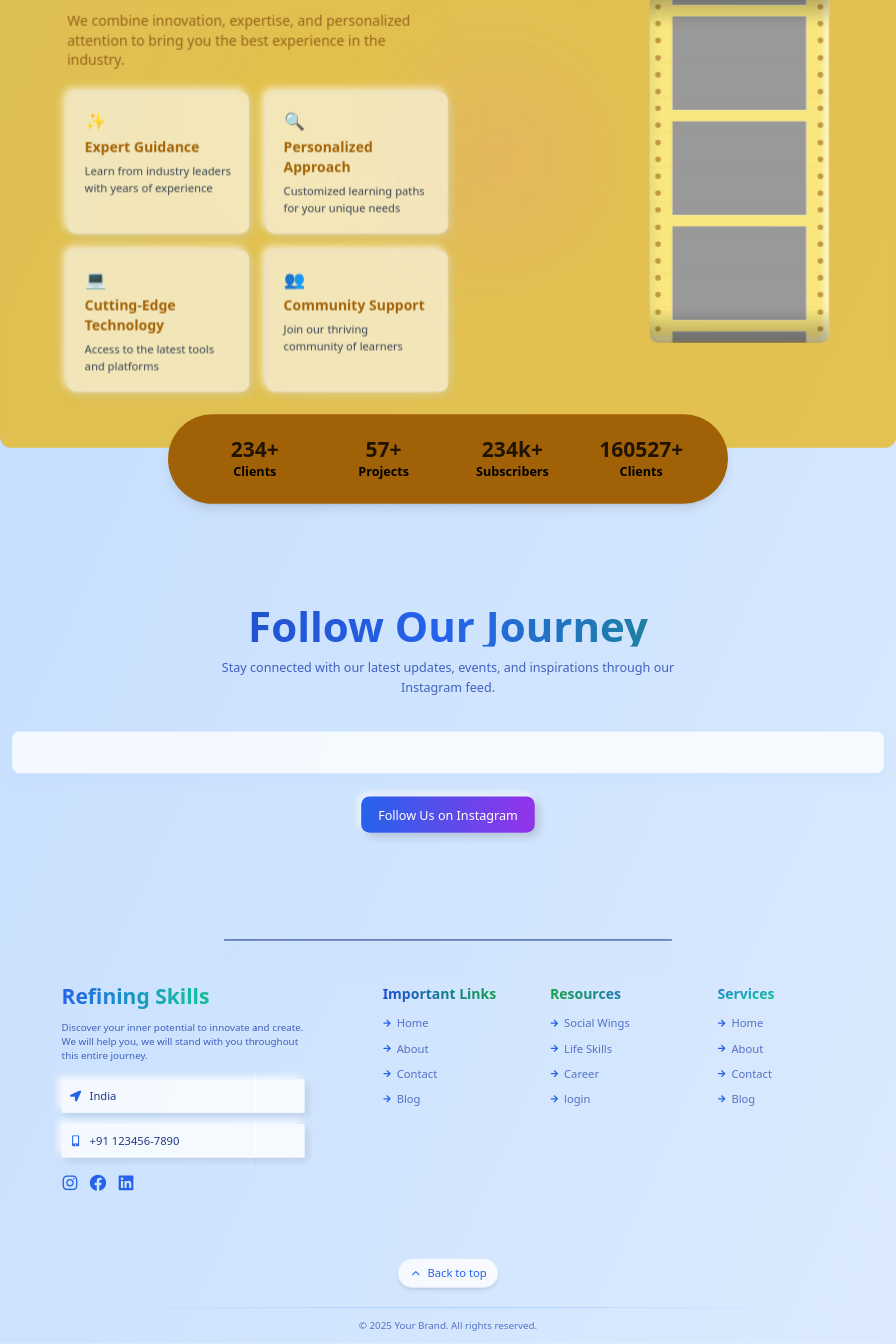
Repository: Kish202/rsacademy
Page: / (app in frontend/)
The author's editor kept a copy of each file at every save. The page is drawn from the files as they stood at one save, then again after a run of saves.
The browser window is 1280 px wide. The pictures show the part of the page from y = 944 to 2864 px (the page is 2864 px tall), at 70% of full size.
Pictures or frames that could not be fetched are drawn as grey boxes. The project was rebuilt for these pictures with package versions that can differ from the ones it lists, and the page was loaded fresh each time. Also part of the build but not shown: frontend/vite.config.js, frontend/src/components/ReviewsFeed.jsx.

Above is the page before, as saved 2025-04-28 00:10:16.

After the next 5 saves:
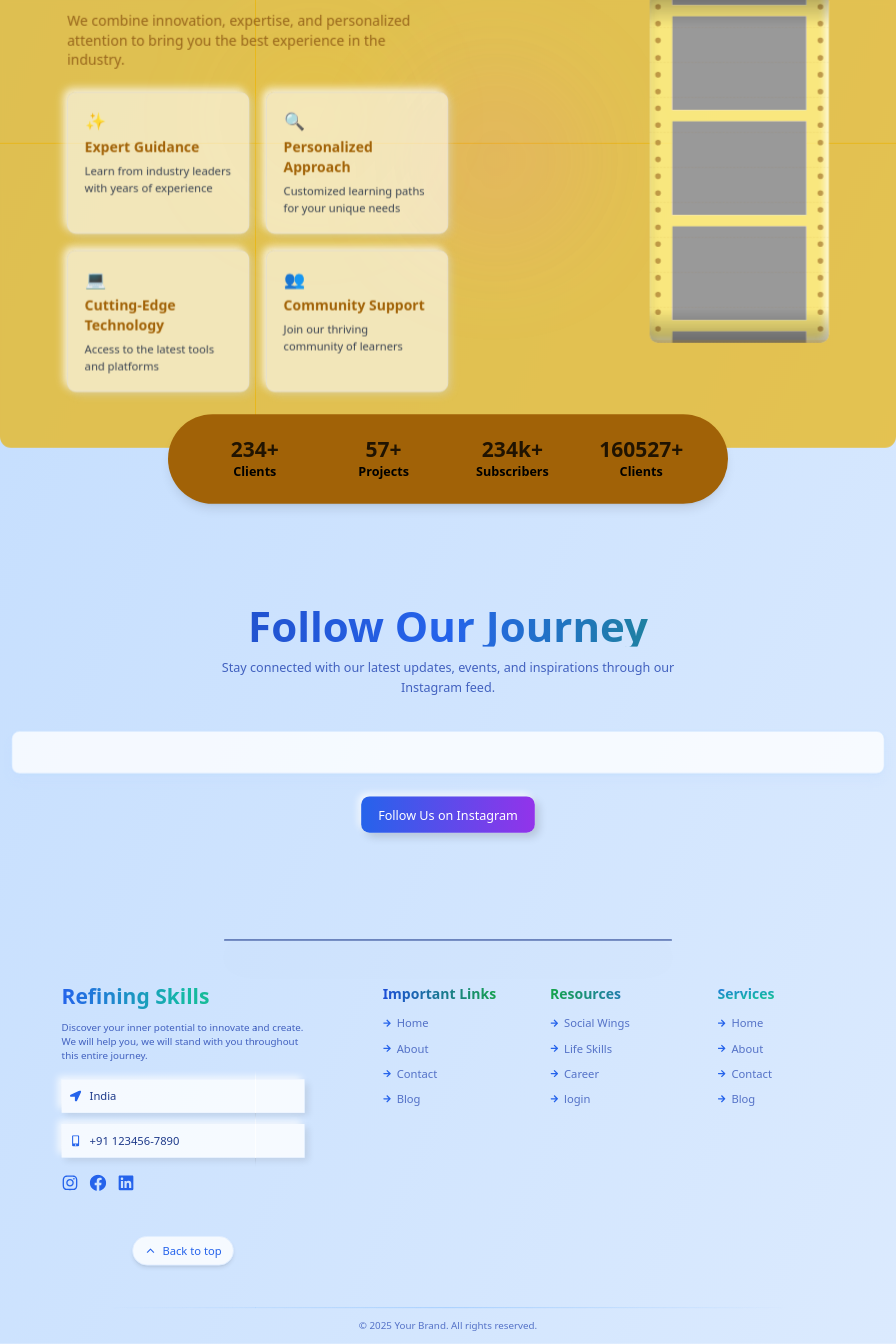
The 5 saves are shown as one change because they came seconds apart.
The last was saved 72 s later.
--- a/frontend/src/components/Footer.jsx
+++ b/frontend/src/components/Footer.jsx
@@ -231,10 +231,10 @@ function Footer() {
                 </ul>
               </div>
             </div>
+
           </div>
-        </div>
-             {/* Back to top button */}
-      <div className="container mx-auto px-4 mb-3">
+
+          <div className="container mx-auto px-4 mb-3">
         <div className="relative pt-8 pb-4 flex justify-center">
           <button
             onClick={scrollToTop}
@@ -245,6 +245,19 @@ function Footer() {
           </button>
         </div>
       </div>
+        </div>
+             {/* Back to top button */}
+      {/* <div className="container mx-auto px-4 mb-3">
+        <div className="relative pt-8 pb-4 flex justify-center">
+          <button
+            onClick={scrollToTop}
+            className="flex items-center gap-2 text-blue-600 hover:text-blue-800 transition-colors bg-white/80 px-4 py-2 rounded-full shadow-md hover:shadow-lg border border-blue-100"
+          >
+            <ChevronUp size={18} />
+            <span className="font-medium">Back to top</span>
+          </button>
+        </div>
+      </div> */}
 
         {/* Copyright Section with Neuomorphic Divider */}
         <div className={`text-center py-4 relative
